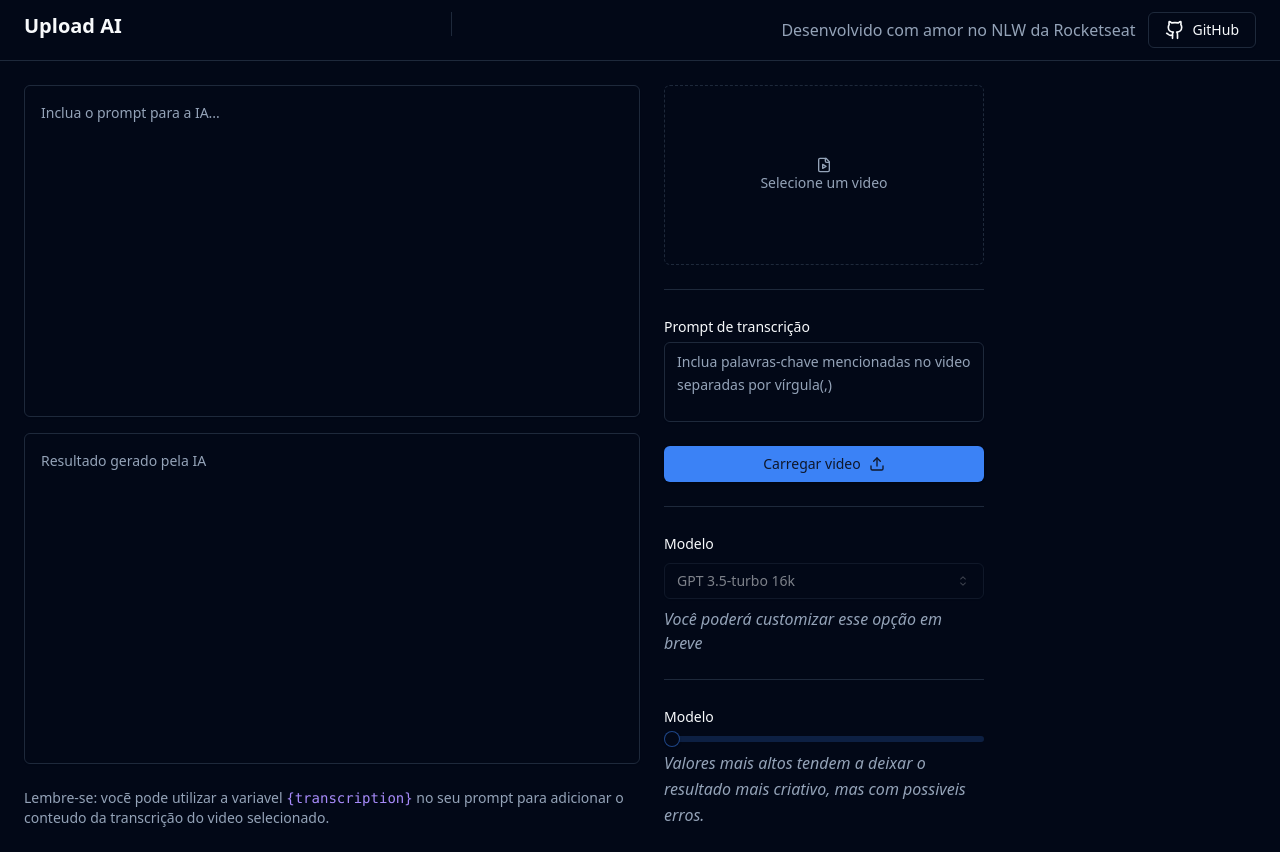
Repository: brksaian/nlw-2023-IA
Page: /
The author's editor kept a copy of each file at every save. The page is drawn from the files as they stood at one save, then again after the next save.
The browser window is 1280 px wide. The pictures show the whole page.
The project was rebuilt for these pictures with package versions that can differ from the ones it lists, and the page was loaded fresh each time. Also part of the build but not shown: vite.config.ts.

Above is the page before, as saved 2023-09-13 01:01:52.

### index.html
<!DOCTYPE html>
<html lang="en">
  <head>
    <meta charset="UTF-8" />
    <meta name="viewport" content="width=device-width, initial-scale=1.0" />
    <title>Upload AI</title>
  </head>
  <body>
    <div id="root"></div>
    <script type="module" src="/src/main.tsx"></script>
  </body>
</html>

### src/App.tsx
import { Button } from "./components/ui/button";
import { Github, FileVideo, Upload } from "lucide-react";
import { Separator } from "./components/ui/separator";
import { Textarea } from "./components/ui/textarea";
import { Label } from "./components/ui/label";
import {
  Select,
  SelectContent,
  SelectItem,
  SelectTrigger,
  SelectValue,
} from "./components/ui/select";
import { Slider } from "./components/ui/slider";

export function App() {
  return (
    <div className="min-h-screen flex flex-col">
      <div className="px-6 py-3 flex item-center justify-between border-b">
        <h1 className="text-xl font-bold">Upload AI</h1>

        <Separator orientation="vertical" className="h-6" />

        <div className="flex items-center gap-3">
          <span className="text-small text-muted-foreground">
            Desenvolvido com amor no NLW da Rocketseat
          </span>
          <Button variant="outline">
            <Github className="w-5 h-5 mr-2" />
            GitHub
          </Button>
        </div>
      </div>
      <main className="flex-1 p-6 flex gap-6">
        <div className="flex flex-col gap-6 w-1/2">
          <div className="grid grid-rows-2 gap-4 flex-1">
            <Textarea
              placeholder="Inclua o prompt para a IA..."
              className="resize-none p-4 leading-relaxed"
            />
            <Textarea
              placeholder="Resultado gerado pela IA"
              className="resize-none p-4 leading-relaxed"
              readOnly
            />
          </div>
          <p className="text-sm text-muted-foreground">
            Lembre-se: vocẽ pode utilizar a variavel{" "}
            <code className="text-violet-400">{"{transcription}"}</code> no seu
            prompt para adicionar o conteudo da transcrição do video
            selecionado.
          </p>
        </div>
        <aside className="w-80 space-y-6">
          <form className="space-y-6">
            <label
              htmlFor="video"
              className="border flex rounded-md aspect-video cursor-pointer border-dashed text-sm flex-col items-center justify-center text-muted-foreground hover:bg-primary/5"
            >
              <FileVideo className="w-4 h-4" />
              Selecione um video
            </label>
            <input
              type="file"
              name="video"
              id="video"
              className="sr-only"
              accept="video/mp4"
            />

            <Separator />

            <div className="space-y-1">
              <Label htmlFor="transcription-prompt">
                Prompt de transcrição
              </Label>
              <Textarea
                id="transcription-prompt"
                placeholder="Inclua palavras-chave mencionadas no video separadas por vírgula(,)"
                className="h-20 leading-relaxed resize-none"
              />
            </div>

            <Button className="w-full">
              Carregar video
              <Upload className="w-4 h-4 ml-2" />
            </Button>
          </form>

          <Separator />

          <form className="space-y-6">
            <div className="space-y-2">
              <Label htmlFor="keywords">Modelo</Label>
              <Select disabled defaultValue="gpt3.5">
                <SelectTrigger>
                  <SelectValue />
                </SelectTrigger>
                <SelectContent>
                  <SelectItem value={"gpt3.5"}>GPT 3.5-turbo 16k</SelectItem>
                </SelectContent>
              </Select>
              <span className="text-xm text-muted-foreground block italic">
                Você poderá customizar esse opção em breve
              </span>
            </div>
          </form>

          <Separator />

          <form className="space-y-6">
            <div className="space-y-2">
              <Label htmlFor="keywords">Modelo</Label>
              <Slider min={0} max={1} step={0.1} />
              <span className="text-xm text-muted-foreground block italic leading-relaxed">
                Valores mais altos tendem a deixar o resultado mais criativo,
                mas com possiveis erros.
              </span>
            </div>
          </form>
        </aside>
      </main>
    </div>
  );
}

### src/index.css
@tailwind base;
@tailwind components;
@tailwind utilities;

@layer base {
  :root {
    --background: 222.2 84% 4.9%;
    --foreground: 210 40% 98%;
    --card: 222.2 84% 4.9%;
    --card-foreground: 210 40% 98%;
    --popover: 222.2 84% 4.9%;
    --popover-foreground: 210 40% 98%;
    --primary: 217.2 91.2% 59.8%;
    --primary-foreground: 222.2 47.4% 11.2%;
    --secondary: 217.2 32.6% 17.5%;
    --secondary-foreground: 210 40% 98%;
    --muted: 217.2 32.6% 17.5%;
    --muted-foreground: 215 20.2% 65.1%;
    --accent: 217.2 32.6% 17.5%;
    --accent-foreground: 210 40% 98%;
    --destructive: 0 62.8% 30.6%;
    --destructive-foreground: 210 40% 98%;
    --border: 217.2 32.6% 17.5%;
    --input: 217.2 32.6% 17.5%;
    --ring: 224.3 76.3% 48%;

    --radius: 0.5rem;
  }
}

@layer base {
  * {
    @apply border-border;
  }
  body {
    @apply bg-background text-foreground;
  }
}

### src/components/ui/button.tsx
import * as React from "react"
import { Slot } from "@radix-ui/react-slot"
import { cva, type VariantProps } from "class-variance-authority"

import { cn } from "@/lib/utils"

const buttonVariants = cva(
  "inline-flex items-center justify-center rounded-md text-sm font-medium transition-colors focus-visible:outline-none focus-visible:ring-1 focus-visible:ring-ring disabled:pointer-events-none disabled:opacity-50",
  {
    variants: {
      variant: {
        default:
          "bg-primary text-primary-foreground shadow hover:bg-primary/90",
        destructive:
          "bg-destructive text-destructive-foreground shadow-sm hover:bg-destructive/90",
        outline:
          "border border-input bg-transparent shadow-sm hover:bg-accent hover:text-accent-foreground",
        secondary:
          "bg-secondary text-secondary-foreground shadow-sm hover:bg-secondary/80",
        ghost: "hover:bg-accent hover:text-accent-foreground",
        link: "text-primary underline-offset-4 hover:underline",
      },
      size: {
        default: "h-9 px-4 py-2",
        sm: "h-8 rounded-md px-3 text-xs",
        lg: "h-10 rounded-md px-8",
        icon: "h-9 w-9",
      },
    },
    defaultVariants: {
      variant: "default",
      size: "default",
    },
  }
)

export interface ButtonProps
  extends React.ButtonHTMLAttributes<HTMLButtonElement>,
    VariantProps<typeof buttonVariants> {
  asChild?: boolean
}

const Button = React.forwardRef<HTMLButtonElement, ButtonProps>(
  ({ className, variant, size, asChild = false, ...props }, ref) => {
    const Comp = asChild ? Slot : "button"
    return (
      <Comp
        className={cn(buttonVariants({ variant, size, className }))}
        ref={ref}
        {...props}
      />
    )
  }
)
Button.displayName = "Button"

export { Button, buttonVariants }

### src/components/ui/separator.tsx
import * as React from "react"
import * as SeparatorPrimitive from "@radix-ui/react-separator"

import { cn } from "@/lib/utils"

const Separator = React.forwardRef<
  React.ElementRef<typeof SeparatorPrimitive.Root>,
  React.ComponentPropsWithoutRef<typeof SeparatorPrimitive.Root>
>(
  (
    { className, orientation = "horizontal", decorative = true, ...props },
    ref
  ) => (
    <SeparatorPrimitive.Root
      ref={ref}
      decorative={decorative}
      orientation={orientation}
      className={cn(
        "shrink-0 bg-border",
        orientation === "horizontal" ? "h-[1px] w-full" : "h-full w-[1px]",
        className
      )}
      {...props}
    />
  )
)
Separator.displayName = SeparatorPrimitive.Root.displayName

export { Separator }

### src/components/ui/textarea.tsx
import * as React from "react"

import { cn } from "@/lib/utils"

export interface TextareaProps
  extends React.TextareaHTMLAttributes<HTMLTextAreaElement> {}

const Textarea = React.forwardRef<HTMLTextAreaElement, TextareaProps>(
  ({ className, ...props }, ref) => {
    return (
      <textarea
        className={cn(
          "flex min-h-[60px] w-full rounded-md border border-input bg-transparent px-3 py-2 text-sm shadow-sm placeholder:text-muted-foreground focus-visible:outline-none focus-visible:ring-1 focus-visible:ring-ring disabled:cursor-not-allowed disabled:opacity-50",
          className
        )}
        ref={ref}
        {...props}
      />
    )
  }
)
Textarea.displayName = "Textarea"

export { Textarea }

### src/components/ui/label.tsx
import * as React from "react"
import * as LabelPrimitive from "@radix-ui/react-label"
import { cva, type VariantProps } from "class-variance-authority"

import { cn } from "@/lib/utils"

const labelVariants = cva(
  "text-sm font-medium leading-none peer-disabled:cursor-not-allowed peer-disabled:opacity-70"
)

const Label = React.forwardRef<
  React.ElementRef<typeof LabelPrimitive.Root>,
  React.ComponentPropsWithoutRef<typeof LabelPrimitive.Root> &
    VariantProps<typeof labelVariants>
>(({ className, ...props }, ref) => (
  <LabelPrimitive.Root
    ref={ref}
    className={cn(labelVariants(), className)}
    {...props}
  />
))
Label.displayName = LabelPrimitive.Root.displayName

export { Label }

### src/components/ui/select.tsx
import * as React from "react"
import { CaretSortIcon, CheckIcon } from "@radix-ui/react-icons"
import * as SelectPrimitive from "@radix-ui/react-select"

import { cn } from "@/lib/utils"

const Select = SelectPrimitive.Root

const SelectGroup = SelectPrimitive.Group

const SelectValue = SelectPrimitive.Value

const SelectTrigger = React.forwardRef<
  React.ElementRef<typeof SelectPrimitive.Trigger>,
  React.ComponentPropsWithoutRef<typeof SelectPrimitive.Trigger>
>(({ className, children, ...props }, ref) => (
  <SelectPrimitive.Trigger
    ref={ref}
    className={cn(
      "flex h-9 w-full items-center justify-between rounded-md border border-input bg-transparent px-3 py-2 text-sm shadow-sm ring-offset-background placeholder:text-muted-foreground focus:outline-none focus:ring-1 focus:ring-ring disabled:cursor-not-allowed disabled:opacity-50",
      className
    )}
    {...props}
  >
    {children}
    <SelectPrimitive.Icon asChild>
      <CaretSortIcon className="h-4 w-4 opacity-50" />
    </SelectPrimitive.Icon>
  </SelectPrimitive.Trigger>
))
SelectTrigger.displayName = SelectPrimitive.Trigger.displayName

const SelectContent = React.forwardRef<
  React.ElementRef<typeof SelectPrimitive.Content>,
  React.ComponentPropsWithoutRef<typeof SelectPrimitive.Content>
>(({ className, children, position = "popper", ...props }, ref) => (
  <SelectPrimitive.Portal>
    <SelectPrimitive.Content
      ref={ref}
      className={cn(
        "relative z-50 min-w-[8rem] overflow-hidden rounded-md border bg-popover text-popover-foreground shadow-md data-[state=open]:animate-in data-[state=closed]:animate-out data-[state=closed]:fade-out-0 data-[state=open]:fade-in-0 data-[state=closed]:zoom-out-95 data-[state=open]:zoom-in-95 data-[side=bottom]:slide-in-from-top-2 data-[side=left]:slide-in-from-right-2 data-[side=right]:slide-in-from-left-2 data-[side=top]:slide-in-from-bottom-2",
        position === "popper" &&
          "data-[side=bottom]:translate-y-1 data-[side=left]:-translate-x-1 data-[side=right]:translate-x-1 data-[side=top]:-translate-y-1",
        className
      )}
      position={position}
      {...props}
    >
      <SelectPrimitive.Viewport
        className={cn(
          "p-1",
          position === "popper" &&
            "h-[var(--radix-select-trigger-height)] w-full min-w-[var(--radix-select-trigger-width)]"
        )}
      >
        {children}
      </SelectPrimitive.Viewport>
    </SelectPrimitive.Content>
  </SelectPrimitive.Portal>
))
SelectContent.displayName = SelectPrimitive.Content.displayName

const SelectLabel = React.forwardRef<
  React.ElementRef<typeof SelectPrimitive.Label>,
  React.ComponentPropsWithoutRef<typeof SelectPrimitive.Label>
>(({ className, ...props }, ref) => (
  <SelectPrimitive.Label
    ref={ref}
    className={cn("px-2 py-1.5 text-sm font-semibold", className)}
    {...props}
  />
))
SelectLabel.displayName = SelectPrimitive.Label.displayName

const SelectItem = React.forwardRef<
  React.ElementRef<typeof SelectPrimitive.Item>,
  React.ComponentPropsWithoutRef<typeof SelectPrimitive.Item>
>(({ className, children, ...props }, ref) => (
  <SelectPrimitive.Item
    ref={ref}
    className={cn(
      "relative flex w-full cursor-default select-none items-center rounded-sm py-1.5 pl-2 pr-8 text-sm outline-none focus:bg-accent focus:text-accent-foreground data-[disabled]:pointer-events-none data-[disabled]:opacity-50",
      className
    )}
    {...props}
  >
    <span className="absolute right-2 flex h-3.5 w-3.5 items-center justify-center">
      <SelectPrimitive.ItemIndicator>
        <CheckIcon className="h-4 w-4" />
      </SelectPrimitive.ItemIndicator>
    </span>
    <SelectPrimitive.ItemText>{children}</SelectPrimitive.ItemText>
  </SelectPrimitive.Item>
))
SelectItem.displayName = SelectPrimitive.Item.displayName

const SelectSeparator = React.forwardRef<
  React.ElementRef<typeof SelectPrimitive.Separator>,
  React.ComponentPropsWithoutRef<typeof SelectPrimitive.Separator>
>(({ className, ...props }, ref) => (
  <SelectPrimitive.Separator
    ref={ref}
    className={cn("-mx-1 my-1 h-px bg-muted", className)}
    {...props}
  />
))
SelectSeparator.displayName = SelectPrimitive.Separator.displayName

export {
  Select,
  SelectGroup,
  SelectValue,
  SelectTrigger,
  SelectContent,
  SelectLabel,
  SelectItem,
  SelectSeparator,
}

### src/components/ui/slider.tsx
import * as React from "react"
import * as SliderPrimitive from "@radix-ui/react-slider"

import { cn } from "@/lib/utils"

const Slider = React.forwardRef<
  React.ElementRef<typeof SliderPrimitive.Root>,
  React.ComponentPropsWithoutRef<typeof SliderPrimitive.Root>
>(({ className, ...props }, ref) => (
  <SliderPrimitive.Root
    ref={ref}
    className={cn(
      "relative flex w-full touch-none select-none items-center",
      className
    )}
    {...props}
  >
    <SliderPrimitive.Track className="relative h-1.5 w-full grow overflow-hidden rounded-full bg-primary/20">
      <SliderPrimitive.Range className="absolute h-full bg-primary" />
    </SliderPrimitive.Track>
    <SliderPrimitive.Thumb className="block h-4 w-4 rounded-full border border-primary/50 bg-background shadow transition-colors focus-visible:outline-none focus-visible:ring-1 focus-visible:ring-ring disabled:pointer-events-none disabled:opacity-50" />
  </SliderPrimitive.Root>
))
Slider.displayName = SliderPrimitive.Root.displayName

export { Slider }

Loaded but not shown: src/main.tsx (common file); src/lib/utils.ts (common file); tailwind.config.js (common file)

After the next save:
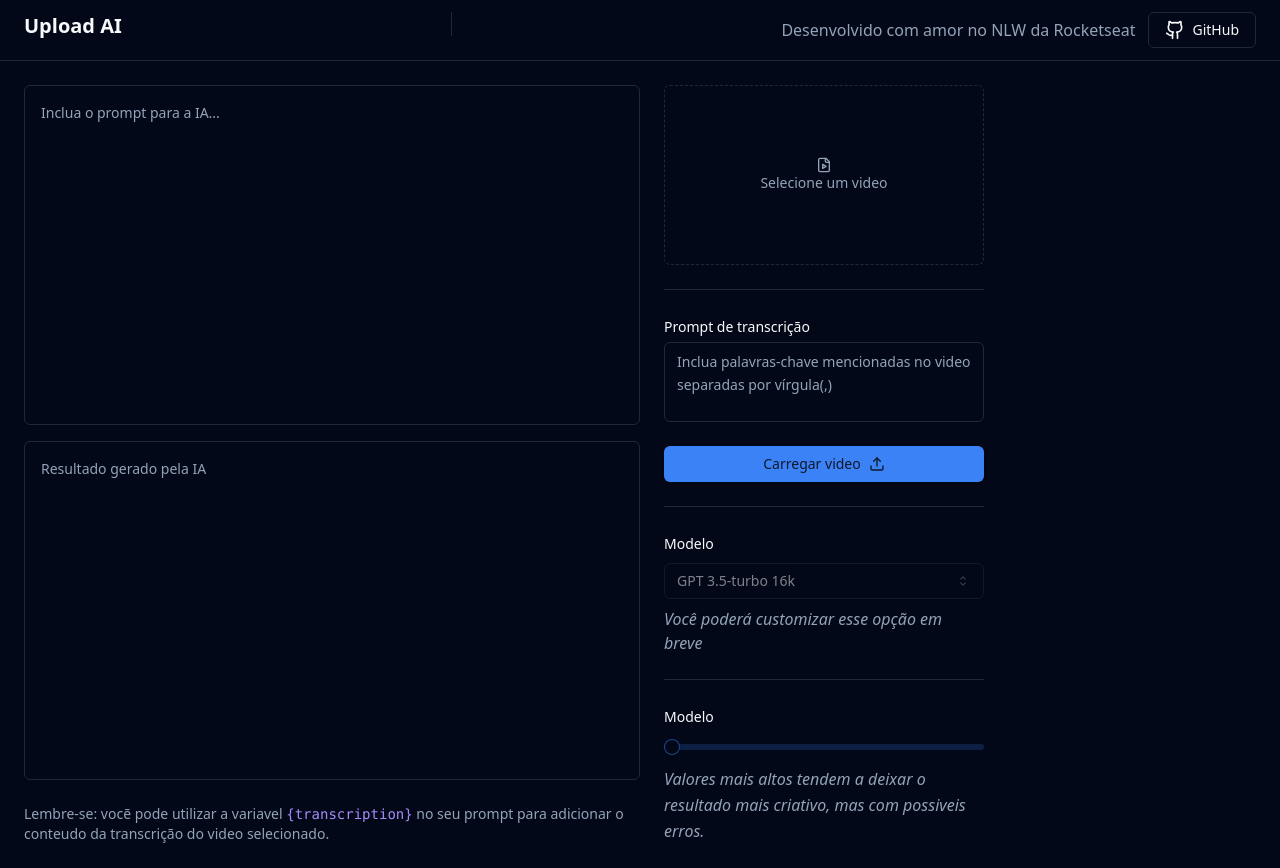
Saved 22 s later.
--- a/src/App.tsx
+++ b/src/App.tsx
@@ -108,7 +108,7 @@ export function App() {
           <Separator />
 
           <form className="space-y-6">
-            <div className="space-y-2">
+            <div className="space-y-4">
               <Label htmlFor="keywords">Modelo</Label>
               <Slider min={0} max={1} step={0.1} />
               <span className="text-xm text-muted-foreground block italic leading-relaxed">
